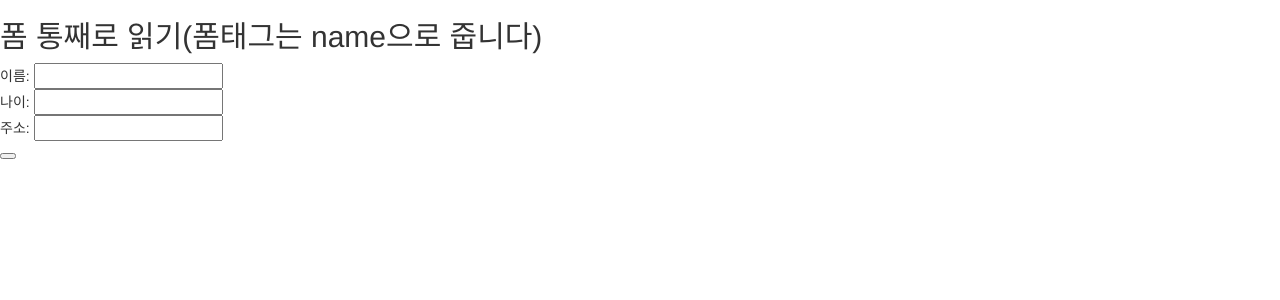
Repository: KIM-KYOUNG-OH/bitcamp-window
Page: WebProject/WebContent/day1023/ex2_send_form.html
The author's editor kept a copy of each file at every save. The page is drawn from the files as they stood at one save, then again after the next save.
The browser window is 1280 px wide. The pictures show the whole page.

Above is the page before, as saved 2020-10-23 06:51:31.

After the next save:
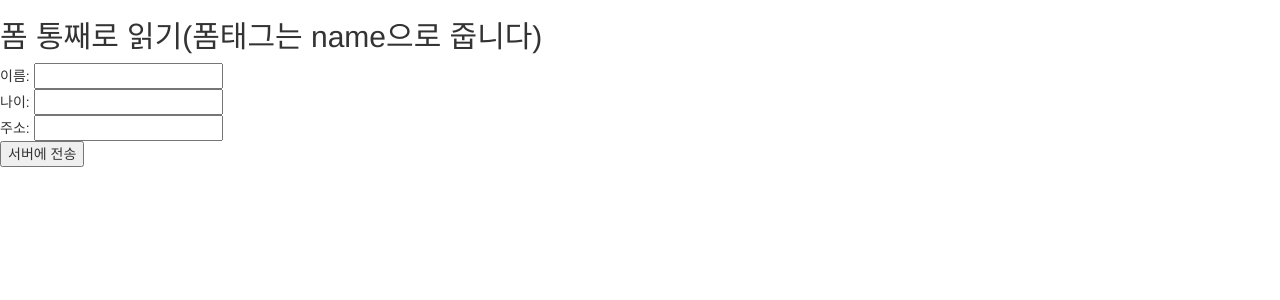
Saved 5 s later.
--- a/WebProject/WebContent/day1023/ex2_send_form.html
+++ b/WebProject/WebContent/day1023/ex2_send_form.html
@@ -19,7 +19,7 @@
 	이름: <input type='txt' name='name'><br>
 	나이: <input type='txt' name='age'><br>
 	주소: <input type='txt' name='addr'><br>
-	<button type='button' id='btn'></button>
+	<button type='button' id='btn'>서버에 전송</button>
 </form>
 </body>
 </html>
